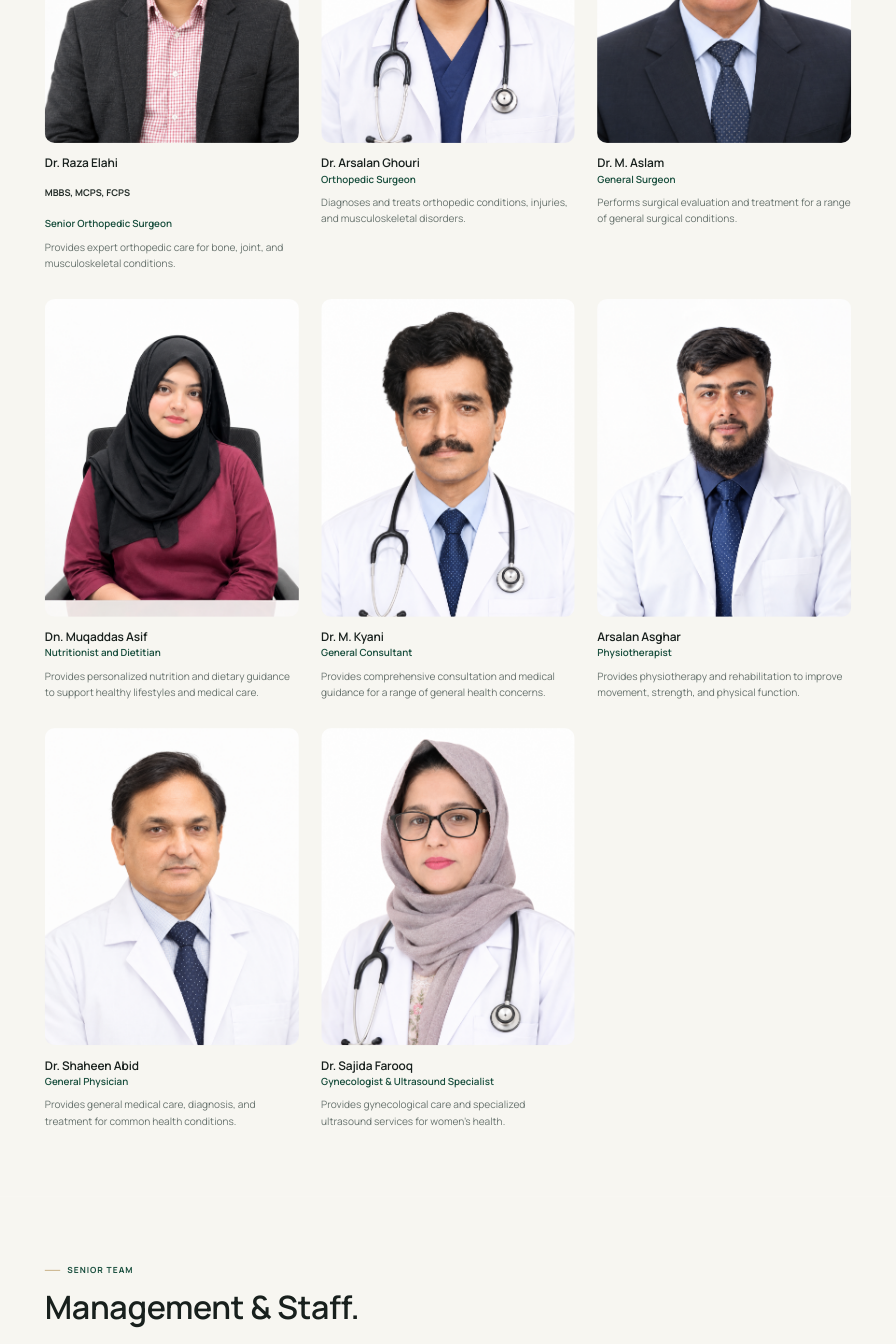
Repository: mraeesaziz45/al-farah
Page: team.html
An editor plug-in stored every save of this project. The page is shown before and after the next save, followed by the edit.
The browser window is 1280 px wide. The pictures show the part of the page from y = 1803 to 3723 px (the page is 5905 px tall before and 5874 px after), at 70% of full size.

Above is the page before, as saved 2026-09-28 17:58:02.

After the next save:
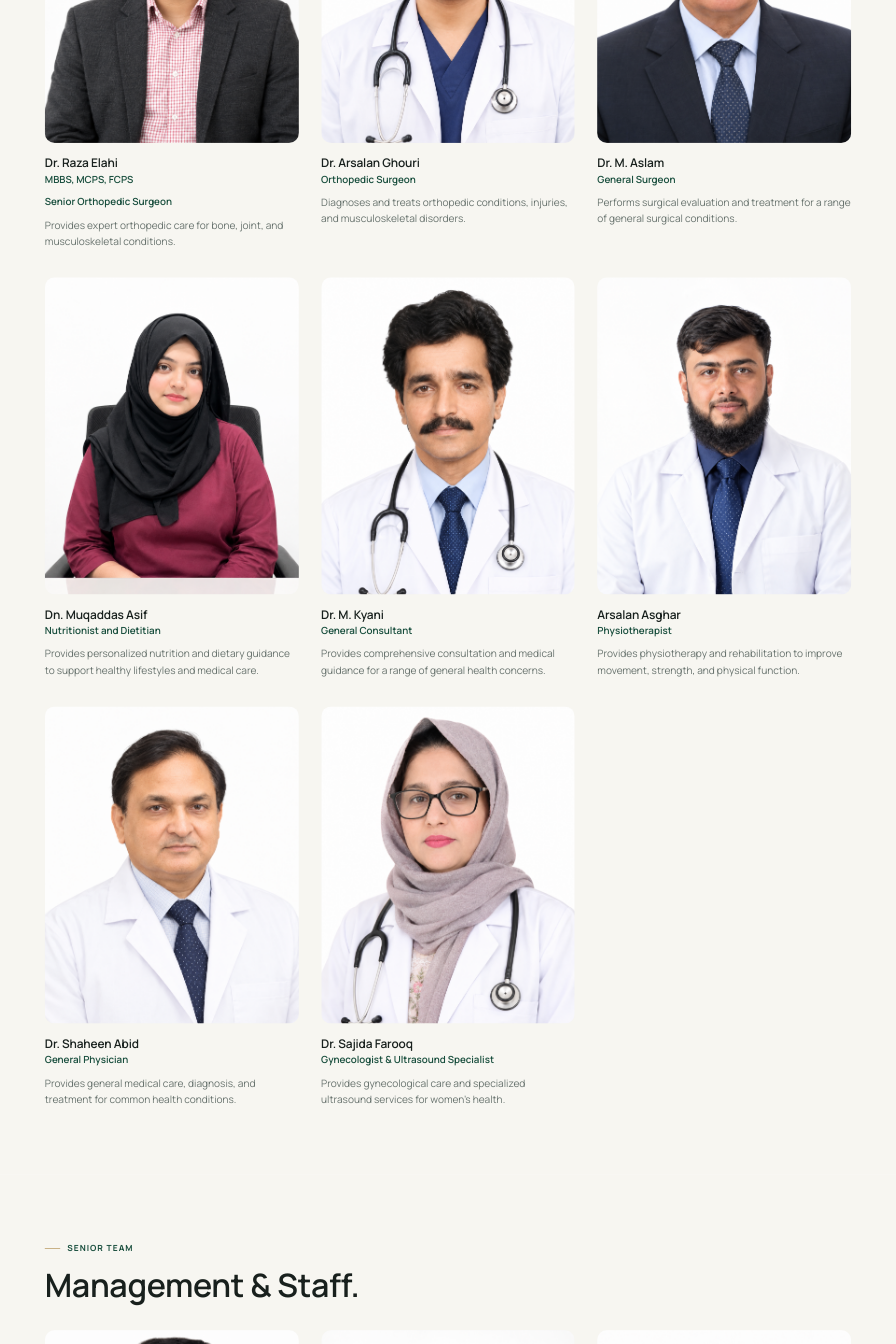
Saved 34 s later.
--- a/team.html
+++ b/team.html
@@ -96,7 +96,7 @@
             <img src="assets/images/team/dr-raza-elahi.png" alt="Portrait placeholder for the clinic accountant" width="1000" height="1250" loading="lazy" decoding="async">
           </div>
           <h3 class="h4">Dr. Raza Elahi</h3>
-          <h5 class="h5">MBBS, MCPS, FCPS</h2>
+          <span class="role">MBBS, MCPS, FCPS</span>
           <span class="role">Senior Orthopedic Surgeon</span>
           <p class="bio">Provides expert orthopedic care for bone, joint, and musculoskeletal conditions.</p>
         </div>
